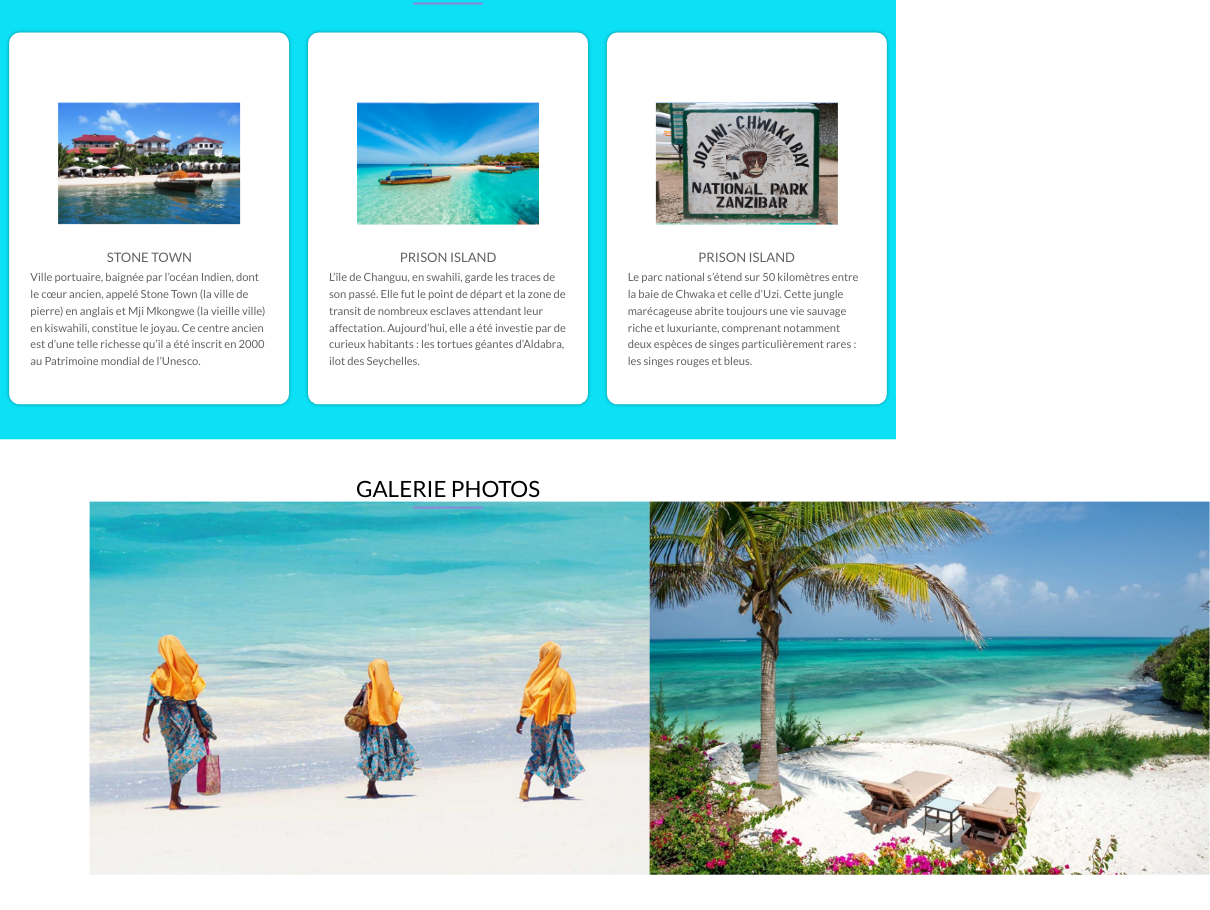
Repository: ypiard85/zanzibar
Page: index.html
The author's editor kept a copy of each file at every save. The page is drawn from the files as they stood at one save, then again after the next save.
The browser window is 1280 px wide. The page is 1728 px wide, so the pictures cover 1728 px, including what lies to the right of the window. The pictures show the part of the page from y = 1671 to 3071 px (the page is 2971 px tall before and 3071 px after), at 70% of full size.
Some web fonts or font styles are not loaded; a fallback is used.

Above is the page before, as saved 2021-03-01 10:38:11.

### index.html
<!DOCTYPE html>
<html lang="en">
  <head>
    <meta charset="UTF-8" />
    <meta http-equiv="X-UA-Compatible" content="IE=edge" />
    <meta name="viewport" content="width=device-width, initial-scale=1.0" />
    <link rel="stylesheet" href="font/font.css" />
    <link rel="stylesheet" href="./style.css" />
    <link
      rel="stylesheet"
      href="https://use.fontawesome.com/releases/v5.15.2/css/all.css"
      integrity="sha384-vSIIfh2YWi9wW0r9iZe7RJPrKwp6bG+s9QZMoITbCckVJqGCCRhc+ccxNcdpHuYu"
      crossorigin="anonymous"
    />
    <link
      href="https://fonts.googleapis.com/css?family=Lato:300,400,700"
      rel="stylesheet"
    />
    <link
      href="https://fonts.googleapis.com/css?family=Sanchez"
      rel="stylesheet"
    />
    <title> </title>
  </head>
  <body>
    <header role="header">
      <nav class="nav">
        <div class="nav_left">
          <a href="">
            Zanibar
          </a>
        </div>
        <ul class="nav_link">
          <li><a href="">Qui sommes-nous</a></li>
          <li><a href="">Notre île</a></li>
          <li><a href="">Photos</a></li>
          <li><a href="">Témoignages</a></li>
          <li><a href="">Nos séjours</a></li>
          <li><a href="">Contact</a></li>
        </ul>
      </nav>
    </header>
      <section class="image_thumbnail">
        <div class="content_thumbnail">
          <p class="titlte_first">ZANBIZAR</p>
          <p class="title_second">UN ART DE VIVRE</p>
          <p>Lorem ipsum dolor sit amet consectetur adipisicing elit.</p>
          <a href="" class="btn_plein">Notre île</a>
          <a href="" class="btn_empty">Contactez-nous</a>
        </div>
      </section>
      <section class="about">
        <div class="title">
          <p class="blue_border">Qui sommes-nous</p>
        </div>
        <div class="about_content">
          <div class="about_content_left">
            <img src="./tea.png" alt="tea image" />
          </div>
          <div class="about_content_right">
            <div class="about_content_option">
              <i class="far fa-check-circle"></i>
              <p>
                <span>RELIGIONS ET CROYANCES</span>
                La religion principale à Zanzibar est l'islam (97 %), à
                dominante sunnite. Les hindouistes constituent une toute petite
                communauté. Plusieurs minorités religieuses (musulmanes) ont élu
                domicile à Zanzibar : es ismaéliens (qui vénèrent Ismaël, l'un
                des descendants du prophète Ali, et dont le chef spirituel et
                temporel est le célèbre et richissime Aga Khan) et les dawoodis
                bohras, des Indo-Pakistanais, qui suivent les préceptes du
                Coran, mais dont la pratique religieuse, marginale, est beaucoup
                moins dogmatique.
              </p>
            </div>
            <div class="about_content_option">
              <i class="far fa-check-circle"></i>
              <p>
                <span>MUSIQUE</span>
                Le taarab (mot arabe signifiant « joie ») est la forme de
                musique la plus populaire à Zanzibar. C'est un ensemble pouvant
                compter jusqu'à une quarantaine de musiciens. Les chansons sont
                des « poèmes chantés » qui mélangent les influences africaines,
                arabes et indiennes. D'où son originalité.
              </p>
            </div>
            <div class="about_content_option">
              <i class="far fa-grin-alt"></i>
              <p>
                <span>MYTHE LITTÉRAIRE</span>
                Outre les épices, les ivoires et les esclaves, Zanzibar a
                exporté des rêves. Zanzibar ! Voilà un nom qui est une
                magnifique invitation au voyage à lui tout seul. Nombreux sont
                les écrivains européens (britanniques et français, notamment)
                qui ont succombé à son nom, rêvant de voir un jour cette île
                lointaine.
              </p>
            </div>
          </div>
        </div>
      </section>
      <section class="notre_ile">
        <div class="title">
          <p class="blue_border">Notre île</p>
        </div>
        <div class="content">
          <div class="card">
            <img src="./card/stone-town.png" alt="stone town" />
            <h3>STONE TOWN</h3>
            <p>
              Ville portuaire, baignée par l’océan Indien, dont le cœur ancien,
              appelé Stone Town (la ville de pierre) en anglais et Mji Mkongwe
              (la vieille ville) en kiswahili, constitue le joyau. Ce centre
              ancien est d’une telle richesse qu’il a été inscrit en 2000 au
              Patrimoine mondial de l’Unesco.
            </p>
          </div>
          <div class="card">
            <img src="./card/prison-island.png" alt="" />
            <h3>PRISON ISLAND</h3>
            <p>
              L’île de Changuu, en swahili, garde les traces de son passé. Elle
              fut le point de départ et la zone de transit de nombreux esclaves
              attendant leur affectation. Aujourd’hui, elle a été investie par
              de curieux habitants : les tortues géantes d’Aldabra, ilot des
              Seychelles.
            </p>
          </div>
          <div class="card">
            <img src="./card/parc-national-jozani.png" alt="" />
            <h3>PRISON ISLAND</h3>
            <p>
              Le parc national s’étend sur 50 kilomètres entre la baie de Chwaka
              et celle d’Uzi. Cette jungle marécageuse abrite toujours une vie
              sauvage riche et luxuriante, comprenant notamment deux espèces de
              singes particulièrement rares : les singes rouges et bleus.
            </p>
          </div>
        </div>
      </section>
      <section class="galerie">
        <div class="title">
          <p class="blue_border">GALERIE PHOTOS</p>
        </div>
        <div class="image_galerie container">
          <img src="./galerie/femmes-zanzibar.jpg" alt="">
          <img src="./galerie/plage-zanzibar.jpg" alt="">
        </div>
      </section>
    </div>
  </body>
</html>

### font/font.css
/*! Generated by Font Squirrel (https://www.fontsquirrel.com) on June 4, 2019 */



@font-face {
    font-family: 'warnesregular';
    src: url('warnes-regular-webfont.eot');
    src: url('warnes-regular-webfont.eot?#iefix') format('embedded-opentype'),
         url('warnes-regular-webfont.woff2') format('woff2'),
         url('warnes-regular-webfont.woff') format('woff'),
         url('warnes-regular-webfont.ttf') format('truetype'),
         url('warnes-regular-webfont.svg#warnesregular') format('svg');
    font-weight: normal;
    font-style: normal;

}

### style.css
:root{
    --font-family-title: "warnesregular";
    --guillemet-citation: "Sanchez", serif;
    --font-size-title-medium: 32px;
    --button-header-blue: rgb(85, 85, 199);
    --font-size-title-red: red;
}

*{
    margin: 0;
    padding: 0;
    box-sizing: border-box;
    list-style: none;
    text-decoration: none;
    transition: 0.3s;
}

html {
    background-color: #fff;
    font-family: "Lato", "Arial", sans-serif;
}


.nav{
    background: black;
    display: flex;
    justify-content: space-around;
    align-items: center;
    padding: 5px 0;
    width: 100%;
}

section{
    padding: 50px 0;
}

.nav *{
    color: #fff;
}

.nav_left a{
    font-family: var(--font-family-title);
    font-size: 32px;
}

.nav_link{
    display: flex;
}

.nav_link li a{
    color: rgb(233, 233, 233);
    margin: 0 10px;

}

.image_thumbnail{
    background-image: url('./header.jpg');
    background-repeat: no-repeat;
    background-position: center right;
    height: 93vh;

}

.content_thumbnail{
    padding: 190px;
    color: #fff;
}

.content_thumbnail .titlte_first{
    font-size: 58px;
}

.content_thumbnail .title_second{
    font-size: 58px;
    font-weight: 100;
}

.content_thumbnail > a{
    display: inline-block;
    margin-top: 10px;
    padding: 8px 30px;
    border-radius: 8px;
    margin-right: 20px;
    font-weight: 600;
}

.btn_plein{
    background-color: white;
    color: var(--button-header-blue);
}

.btn_plein:hover{
    background-color: var(--button-header-blue);
    color: white;
}

.btn_empty{
    background-color: transparent;
    color: #fff;
    border: 2px solid #fff;
}

.btn_empty:hover{
    color: var(--button-header-blue);
    background-color: white;
}


section .title p {
    text-align: center;
    text-transform: uppercase;
    font-size: var(--font-size-title-medium);
    position: relative;
}

.blue_border::after{
    content: '';
    position: absolute;
    background-color: rgb(138, 138, 218);
    left: 0;
    right: 0;
    bottom: -10px;
    height: 3px;
    width: 100px;
    margin: 0 auto;
}

.about_content{
    margin-top: 60px;
    display: flex;
    justify-content: space-evenly;
}

.about_content_option{
    display: flex;
    margin-bottom: 30px;
}

.about_content_option i{
    font-size: 26px;
    color: var(--font-size-title-red);
    margin-right: 20px;
    margin-top: 5px;
}

.about_content_option p span{
    display: block;
    color: var(--font-size-title-red);
    font-size: 26px;
    margin-bottom: 10px;
}

.about_content_right{
    width: 500px;
}

.notre_ile{
    background-color: #0CE0F5;
}

.notre_ile > .content{
    margin-top: 50px;
}

.card{
    background-color: #FFF;
    display: flex;
    flex-direction: column;
    align-items: center;
    width: 400px;
    max-width: 100%;
    padding: 50px 30px;
    border-radius: 15px;
    box-shadow: 0 0 5px rgba(0, 0, 0, 0.411);
    color: rgb(99, 99, 99);
}

.card *{
    font-weight: normal ;
}

.card h3{
    margin-bottom: 5px;
}

.card p{
    line-height: 1.5rem;
}

.card img{
    width: 260px;
}

.notre_ile .content{
    display: flex;
    align-items: center;
    justify-content: space-around;

}

.image_galerie{
    margin-top: 50px;
    display: flex;
    width: 100%;
    max-width: 100%;
    justify-content: space-around;
}

.container{
    width: 80%;
    margin: 0px auto;
}

After the next save:
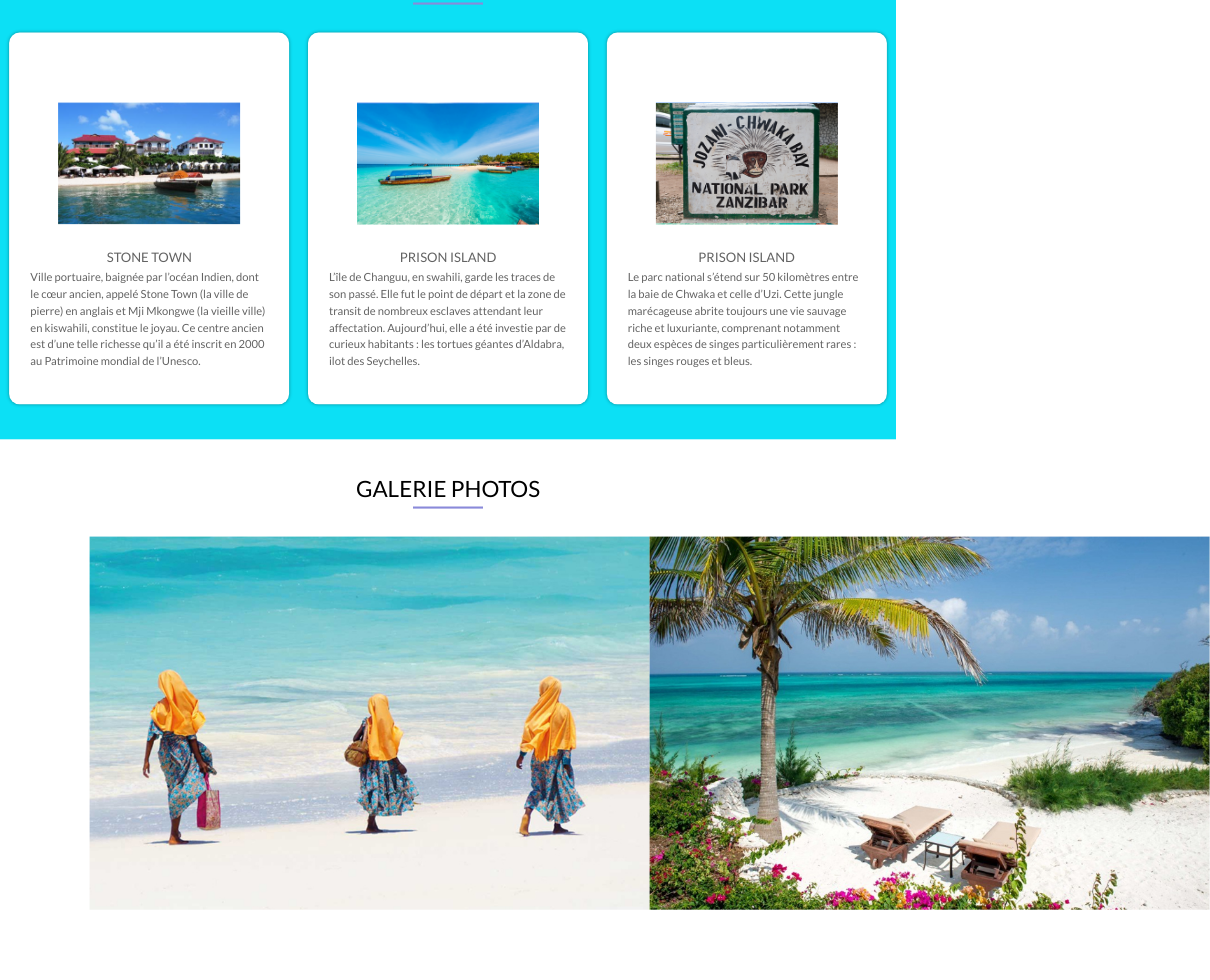
Saved 11 s later.
--- a/style.css
+++ b/style.css
@@ -208,5 +208,5 @@
 
 .container{
     width: 80%;
-    margin: 0px auto;
-}
+    margin: 50px auto;
+}

After the save that followed:
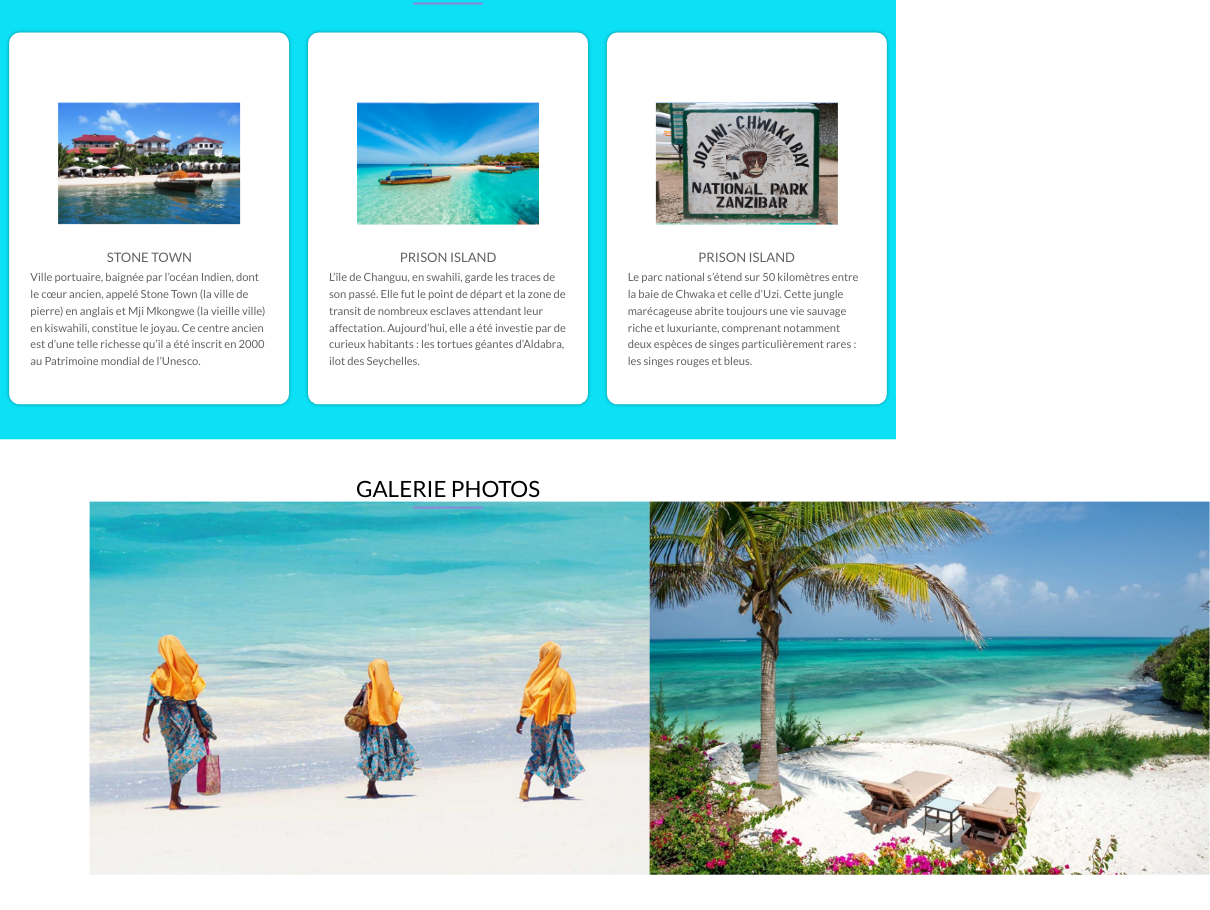
Saved 4 s later.
--- a/style.css
+++ b/style.css
@@ -208,5 +208,5 @@
 
 .container{
     width: 80%;
-    margin: 50px auto;
-}
+    margin: 0px auto;
+}
